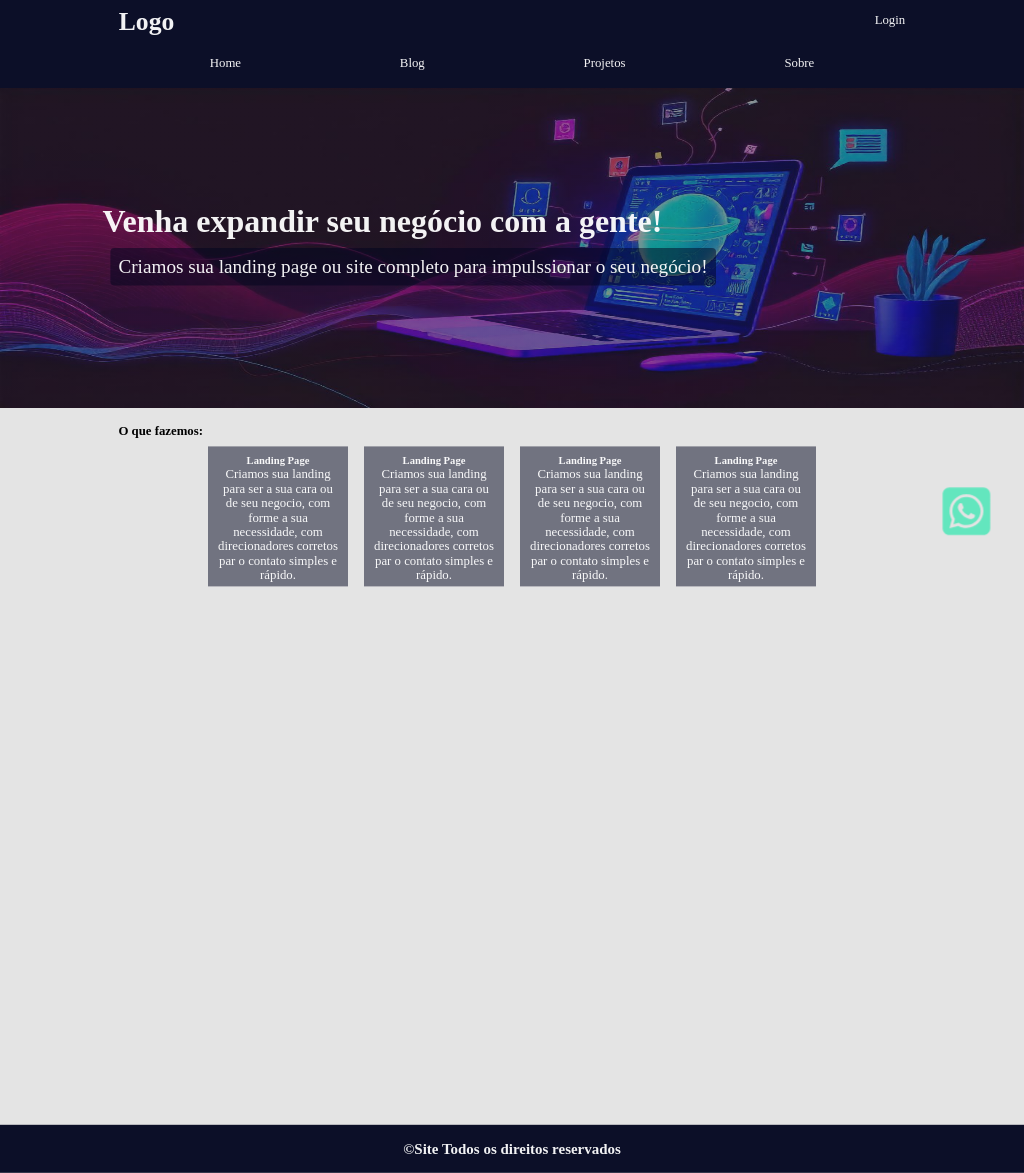
Repository: SauloMorais01/mysitefront-end
Page: index.html
The author's editor kept a copy of each file at every save. The page is drawn from the files as they stood at one save, then again after the next save.
The browser window is 1280 px wide. The pictures show the whole page, at 80% of full size.
Some web libraries are served in a nearby version.

Above is the page before, as saved 2024-11-02 20:33:36.

After the next save:
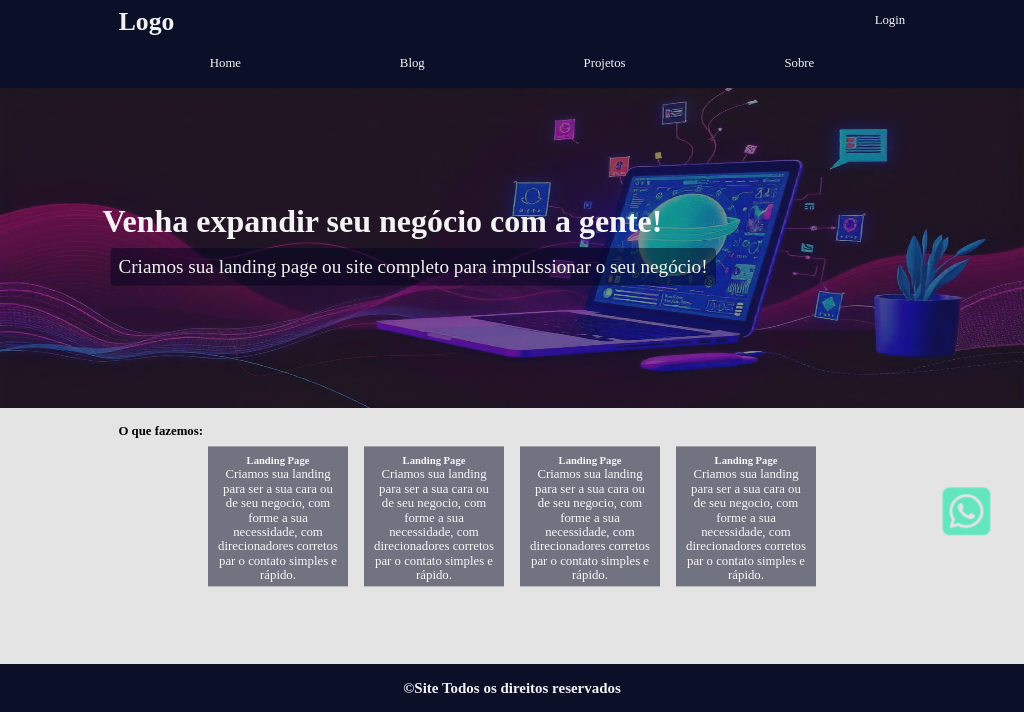
Saved 10 s later.
--- a/src/css/style.css
+++ b/src/css/style.css
@@ -151,9 +151,9 @@ footer h3 {
     padding: 10px;
 }
 
-.divisor {
+/* .divisor {
     height: 80%;
-}
+} */
 
 footer {
     width: 100%;
